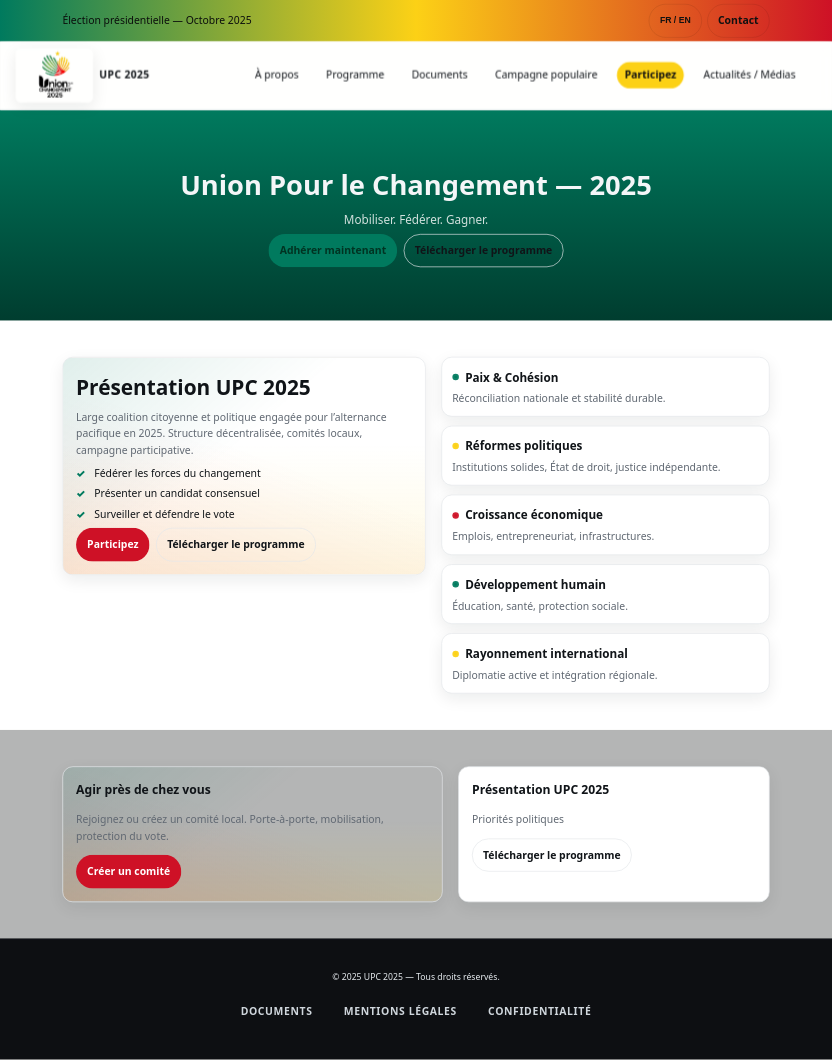
Repository: Kishny/upc2025
Page: index.html
An editor plug-in stored every save of this project. The page is shown before and after the next save, followed by the edit.
The browser window is 1280 px wide. The pictures show the whole page, at 65% of full size.

Above is the page before, as saved 2025-09-11 02:02:18.

After the next save:
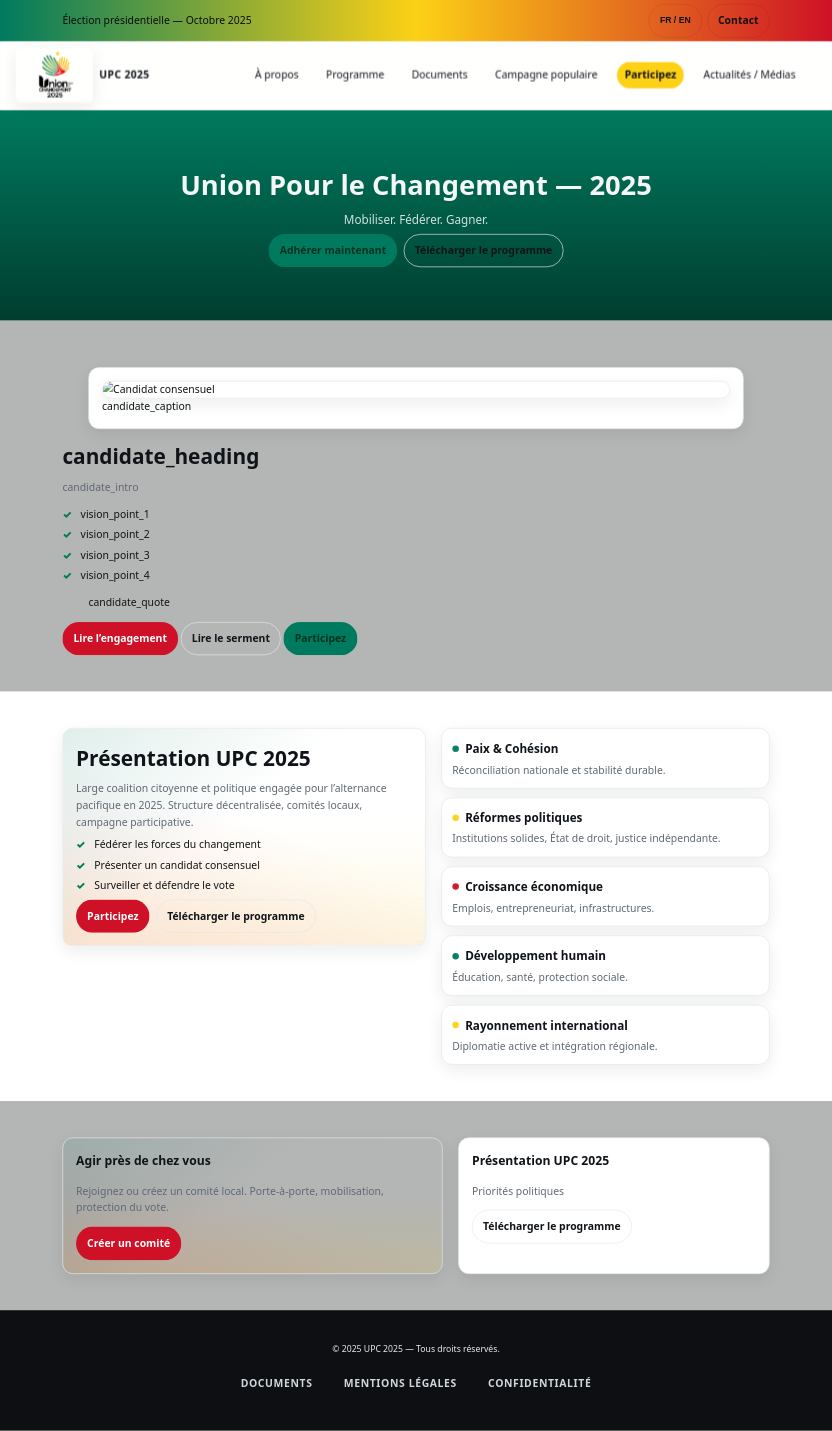
Not found: assets/img/candidat.jpg
Saved 8 min 8 s later.
--- a/index.html
+++ b/index.html
@@ -99,6 +99,78 @@
       </div>
     </section>
 
+    <!-- Candidat consensuel & vision -->
+    <section class="section section--alt" id="candidat">
+      <div class="container candidate">
+        <!-- Colonne gauche : photo -->
+        <figure class="candidate__photo card">
+          <img src="assets/img/candidat.jpg" alt="Candidat consensuel" />
+          <figcaption data-i18n="candidate_caption">
+            Candidat consensuel — Union Pour le Changement
+          </figcaption>
+        </figure>
+
+        <!-- Colonne droite : vision -->
+        <article class="candidate__content">
+          <h2 data-i18n="candidate_heading">
+            Le candidat consensuel & sa vision
+          </h2>
+
+          <p class="candidate__intro" data-i18n="candidate_intro">
+            Porté par une coalition large et citoyenne, le candidat consensuel
+            incarne une transition pacifique, la refondation des institutions et
+            l’unité nationale.
+          </p>
+
+          <ul class="checklist">
+            <li data-i18n="vision_point_1">
+              Restaurer la confiance démocratique et la justice indépendante.
+            </li>
+            <li data-i18n="vision_point_2">
+              Protéger le vote, garantir la transparence et l’alternance
+              pacifique.
+            </li>
+            <li data-i18n="vision_point_3">
+              Relancer l’économie par l’emploi, l’entrepreneuriat et les
+              infrastructures.
+            </li>
+            <li data-i18n="vision_point_4">
+              Investir dans l’éducation, la santé et la cohésion sociale.
+            </li>
+          </ul>
+
+          <blockquote class="candidate__quote" data-i18n="candidate_quote">
+            « Notre victoire sera celle du peuple : une démocratie solide, une
+            économie qui crée des opportunités et un État au service de tous. »
+          </blockquote>
+
+          <div class="candidate__cta">
+            <a
+              href="docs/Engagement_du_Candidat_Consensuel.pdf"
+              class="btn btn--secondary"
+              data-i18n="candidate_read_commitment"
+            >
+              Lire l’engagement
+            </a>
+            <a
+              href="docs/UPC_2025_Oath_of_the_Consensual_Candidate.pdf"
+              class="btn btn--outline"
+              data-i18n="candidate_read_oath"
+            >
+              Lire le serment
+            </a>
+            <a
+              href="participez.html"
+              class="btn btn--primary"
+              data-i18n="nav_join"
+            >
+              Participez
+            </a>
+          </div>
+        </article>
+      </div>
+    </section>
+
     <!-- Programme / Axes en 2 colonnes -->
     <section class="section" id="programme">
       <div class="container">
